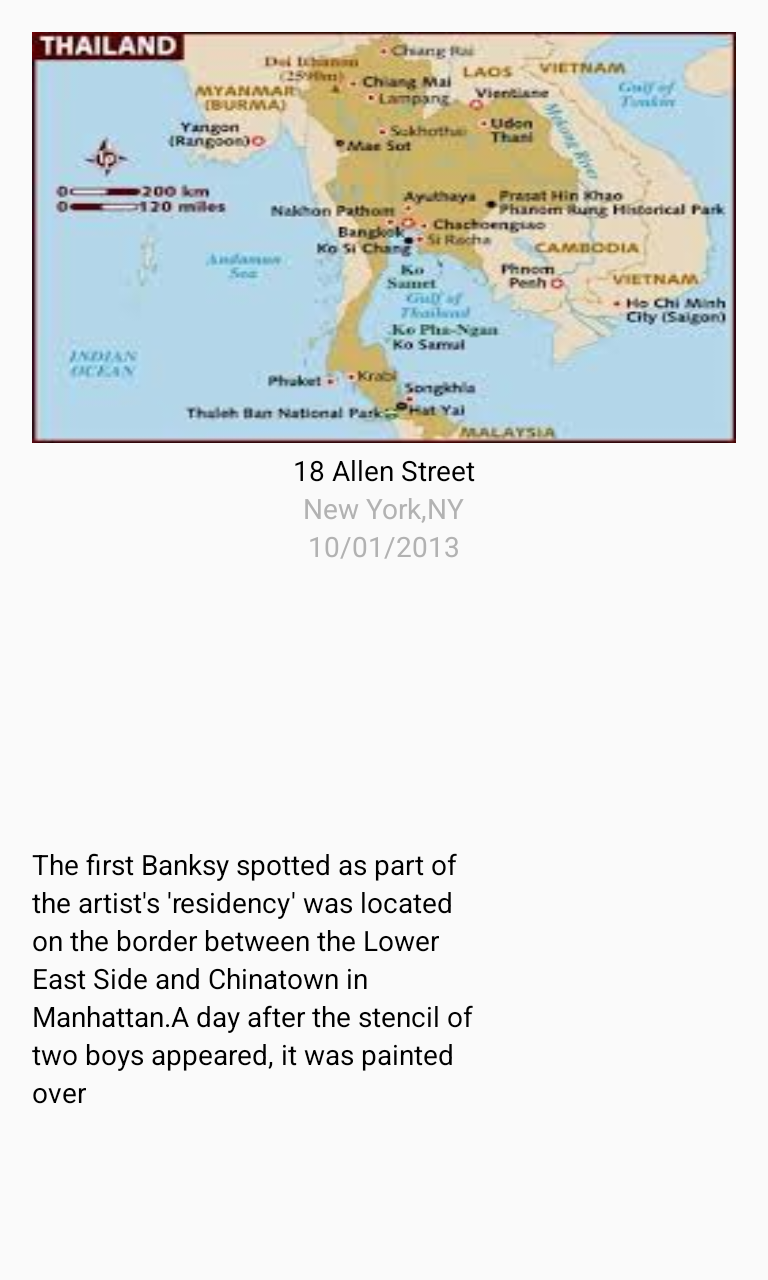
Repository: HarithaAmmuHari/Project
Layout: ExampleAnoop3/res/layout/activity_main.xml
An editor plug-in stored every save of this project. The layout is shown before and after the next save, followed by the edit.
It is drawn on a 768 x 1280 px phone screen (xhdpi) without system bars, with theme AppTheme; the app's code is not run.

Above is the layout before, as saved 2015-01-24 09:55:29.

### ExampleAnoop3/res/layout/activity_main.xml
<LinearLayout xmlns:android="http://schemas.android.com/apk/res/android"
    xmlns:tools="http://schemas.android.com/tools"
    android:id="@+id/LinearLayout1"
    android:layout_width="match_parent"
    android:layout_height="match_parent"
    android:orientation="vertical"
    android:paddingBottom="@dimen/activity_vertical_margin"
    android:paddingLeft="@dimen/activity_horizontal_margin"
    android:paddingRight="@dimen/activity_horizontal_margin"
    android:paddingTop="@dimen/activity_vertical_margin"
    tools:context="com.example.exampleanoop3.MainActivity"
    android:weightSum="6.0" >

    <RelativeLayout
        android:layout_width="match_parent"
        android:layout_height="0dp"
        android:layout_weight="3.0" >

        <ImageView
            android:id="@+id/imageView1"
            android:layout_width="match_parent"
            android:layout_height="match_parent"
            android:layout_centerHorizontal="true"
            android:scaleType="fitXY"
            android:layout_centerVertical="true"
            android:src="@drawable/map" />

    </RelativeLayout>

    <LinearLayout
        android:layout_width="match_parent"
        android:layout_height="wrap_content"
        android:layout_marginBottom="3dp"
        android:orientation="vertical"
         android:layout_weight="2.0" >

        <TextView
            android:id="@+id/textView1"
            android:layout_width="wrap_content"
            android:layout_height="wrap_content"
            android:layout_gravity="center"
            android:layout_marginTop="4dp"
            android:text="18 Allen Street"
            android:textColor="#000" />

        <TextView
            android:id="@+id/textView2"
            android:layout_width="wrap_content"
            android:layout_height="wrap_content"
            android:layout_gravity="center"
            android:text="New York,NY"
            android:textColor="#B2B2B2"
            android:textSize="14sp" />

        <TextView
            android:id="@+id/textView3"
            android:layout_width="wrap_content"
            android:layout_height="wrap_content"
            android:text="10/01/2013"
             android:textColor="#B2B2B2"
            android:textSize="14sp"
            android:layout_gravity="center" />

    </LinearLayout>

    <LinearLayout
        android:layout_width="match_parent"
        android:layout_height="wrap_content"
        android:orientation="vertical"
         android:layout_weight="2.0"
         android:layout_gravity="center">

        <TextView
            android:id="@+id/textView4"
            android:layout_width="match_parent"
            android:layout_height="wrap_content"
            android:text="The first Banksy spotted as part of"
            android:textColor="#000000"
            android:layout_gravity="center" />

        <TextView
            android:id="@+id/textView5"
            android:layout_width="match_parent"
            android:layout_height="wrap_content"
            android:text="the artist's 'residency' was located"
             android:layout_gravity="center"
                 android:textColor="#000000" />

        <TextView
            android:id="@+id/textView6"
            android:layout_width="wrap_content"
            android:layout_height="wrap_content"
            android:text="on the border between the Lower"

     android:textColor="#000000"/>

        <TextView
            android:id="@+id/textView7"
            android:layout_width="wrap_content"
            android:layout_height="wrap_content"
            android:text="East Side and Chinatown in"
                 android:textColor="#000000"/>

        <TextView
            android:id="@+id/textView8"
            android:layout_width="wrap_content"
            android:layout_height="wrap_content"
            android:text="Manhattan.A day after the stencil of"
                 android:textColor="#000000"/>

        <TextView
            android:id="@+id/textView9"
            android:layout_width="wrap_content"
            android:layout_height="wrap_content"
            android:text="two boys appeared, it was painted"
                 android:textColor="#000000" />

        <TextView
            android:id="@+id/textView10"
            android:layout_width="wrap_content"
            android:layout_height="wrap_content"
            android:text="over"
                 android:textColor="#000000" />

    </LinearLayout>

</LinearLayout>

Loaded but not shown: ExampleAnoop3/res/values/styles.xml (common file); ExampleAnoop3/res/values-v11/styles.xml (common file); ExampleAnoop3/res/values-v14/styles.xml (common file); ExampleAnoop3/res/values/dimens.xml (common file); ExampleAnoop3/res/values-w820dp/dimens.xml (common file)

After the next save:
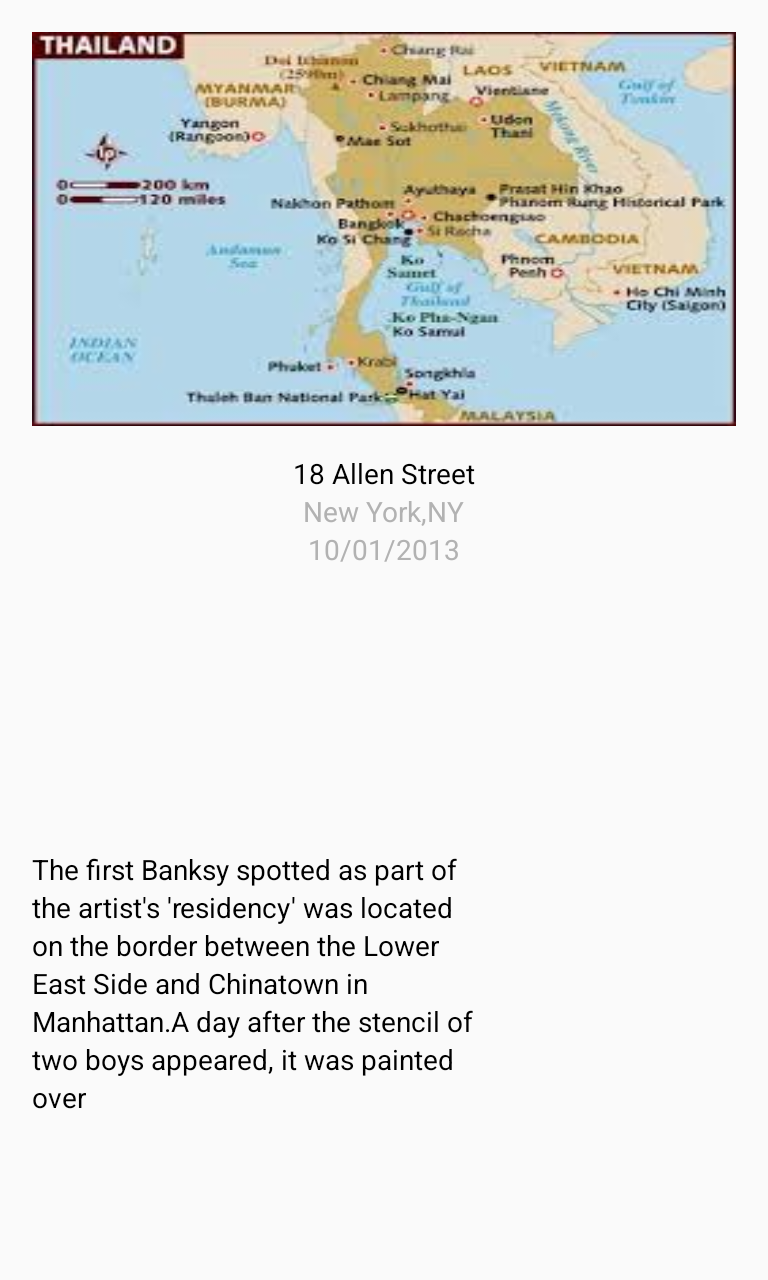
Saved 22 s later.
--- a/ExampleAnoop3/res/layout/activity_main.xml
+++ b/ExampleAnoop3/res/layout/activity_main.xml
@@ -32,7 +32,8 @@
         android:layout_height="wrap_content"
         android:layout_marginBottom="3dp"
         android:orientation="vertical"
-         android:layout_weight="2.0" >
+         android:layout_weight="2.0"
+         android:layout_margin="10dp">
 
         <TextView
             android:id="@+id/textView1"
